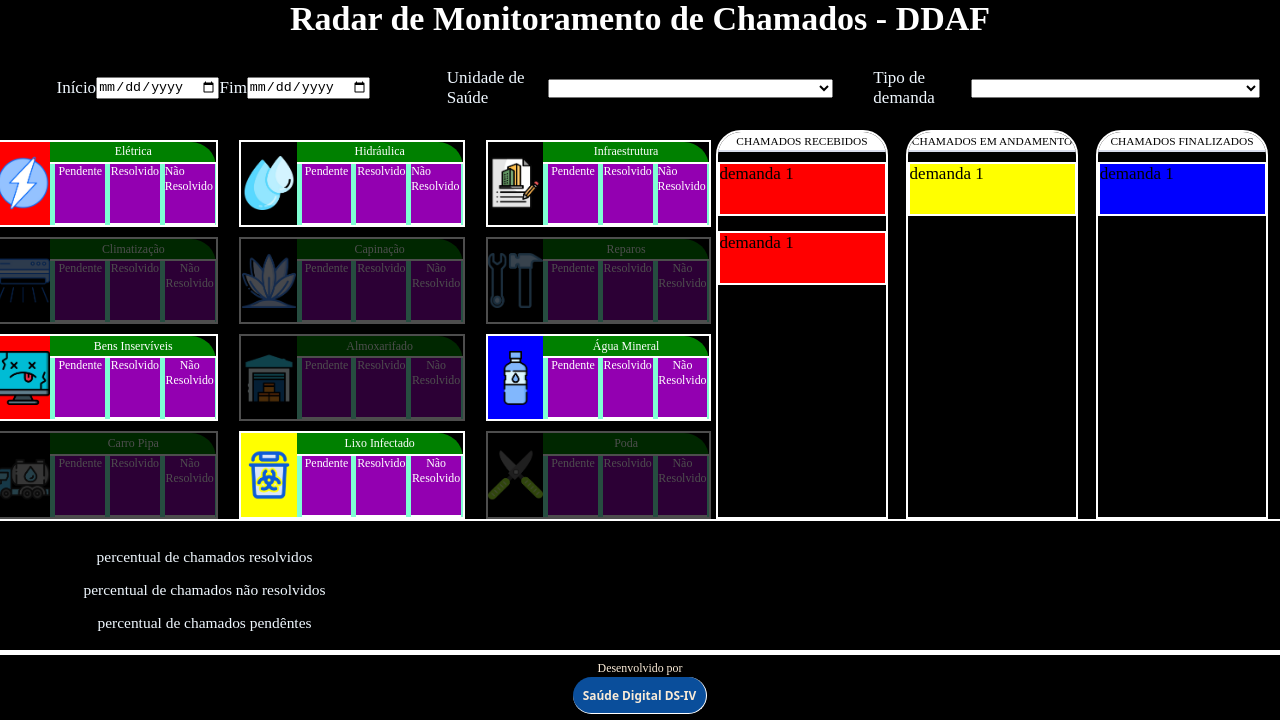
Repository: br-on/ddaf-chamados
Page: index.html
The author's editor kept a copy of each file at every save. The page is drawn from the files as they stood at one save, then again after the next save.
The browser window is 1280 px wide. The pictures show the whole page.
The page's requests for data from a server got no answer.

Above is the page before, as saved 2025-01-26 04:29:35.

After the next save:
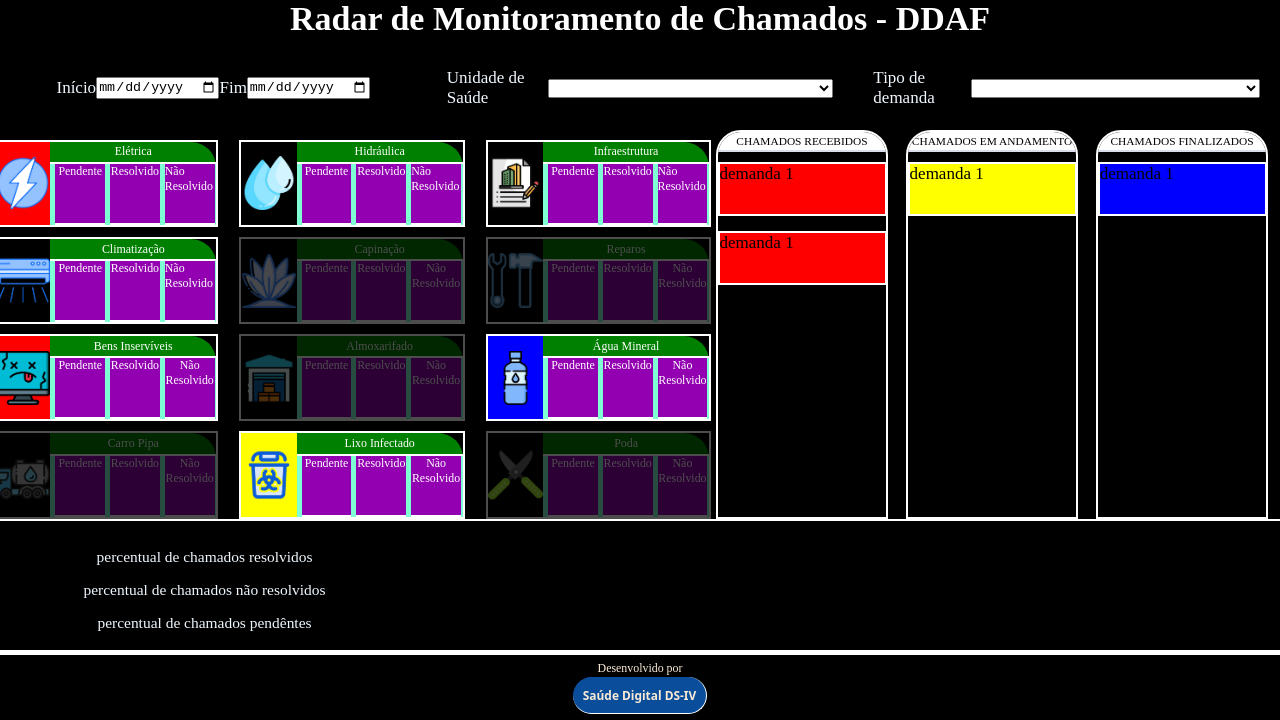
Saved 36 s later.
--- a/index.html
+++ b/index.html
@@ -81,16 +81,16 @@
                     </div>
                 </div>
             </div>
-            <div id="demanda-climatização" class="demanda-tipo div-opaca">
+            <div id="demanda-climatização" class="demanda-tipo">
                 <div class="img-tipo-demanda">
                     <img src="img/tipo-demanda-climatizacao.png" alt="">
                 </div>
                 <div class="info-tipo-demanda">
                     <div class="titulo-tipo-demanda">Climatização</div>
                     <div class="contagem-tipo-demanda">
-                        <div class="caixa-finalizado">Pendente</div>
-                        <div class="caixa-finalizado">Resolvido</div>
-                        <div class="caixa-finalizado"><center>Não Resolvido</center></div>
+                        <div class="caixa-finalizado"><span>Pendente</span><span id="api-pendente-climatização" class="api-info"></span></div>
+                        <div class="caixa-finalizado"><span>Resolvido</span><span id="api-resolvido-climatização" class="api-info"></span></div>
+                        <div class="caixa-finalizado"><span>Não Resolvido</span><span id="api-naoresolvido-climatização" class="api-info"></span></div>
                     </div>
                 </div>
             </div>
